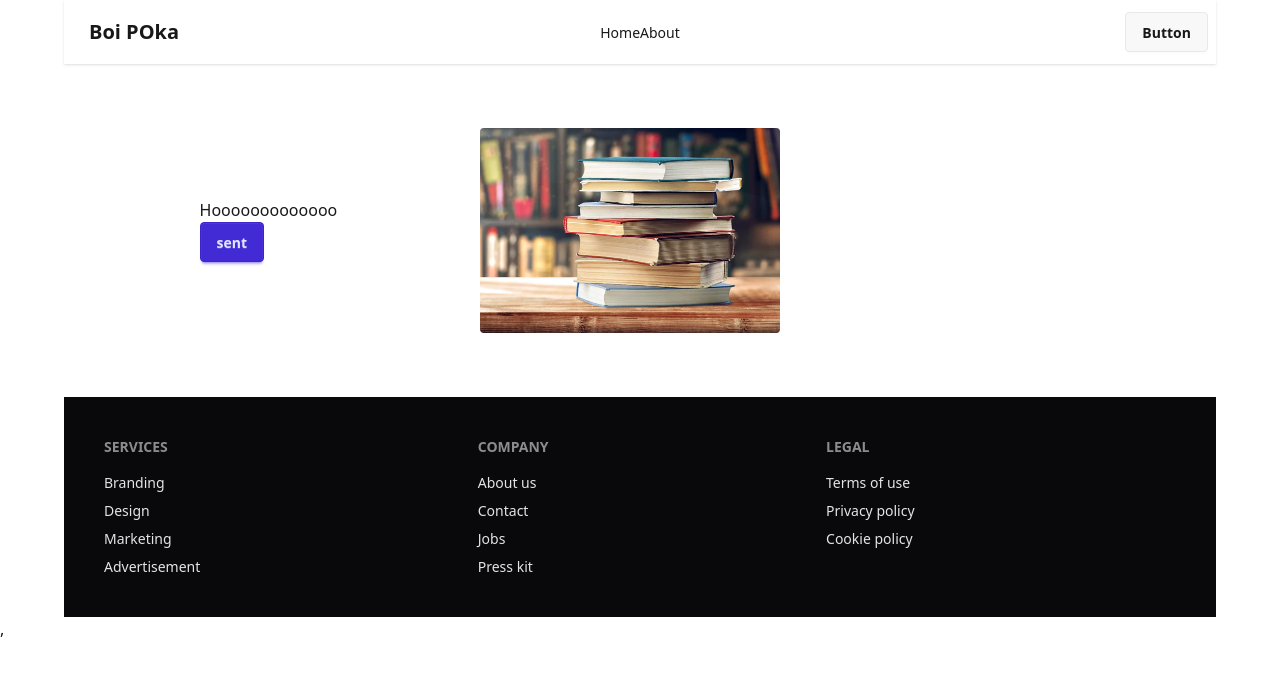
Repository: SanjidaSnigdha/Boipoka-Book-Vibe-Project
Page: /
An editor plug-in stored every save of this project. The page is shown before and after the next save, followed by the edit.
The browser window is 1280 px wide. The pictures show the whole page.
The project was rebuilt for these pictures with package versions that can differ from the ones it lists, and the page was loaded fresh each time. Also part of the build but not shown: vite.config.js, src/App.css, src/App.jsx, src/Pages/Root/ErrorPage/ErrorPage.jsx.

Above is the page before, as saved 2026-05-12 12:06:11.

After the next save:
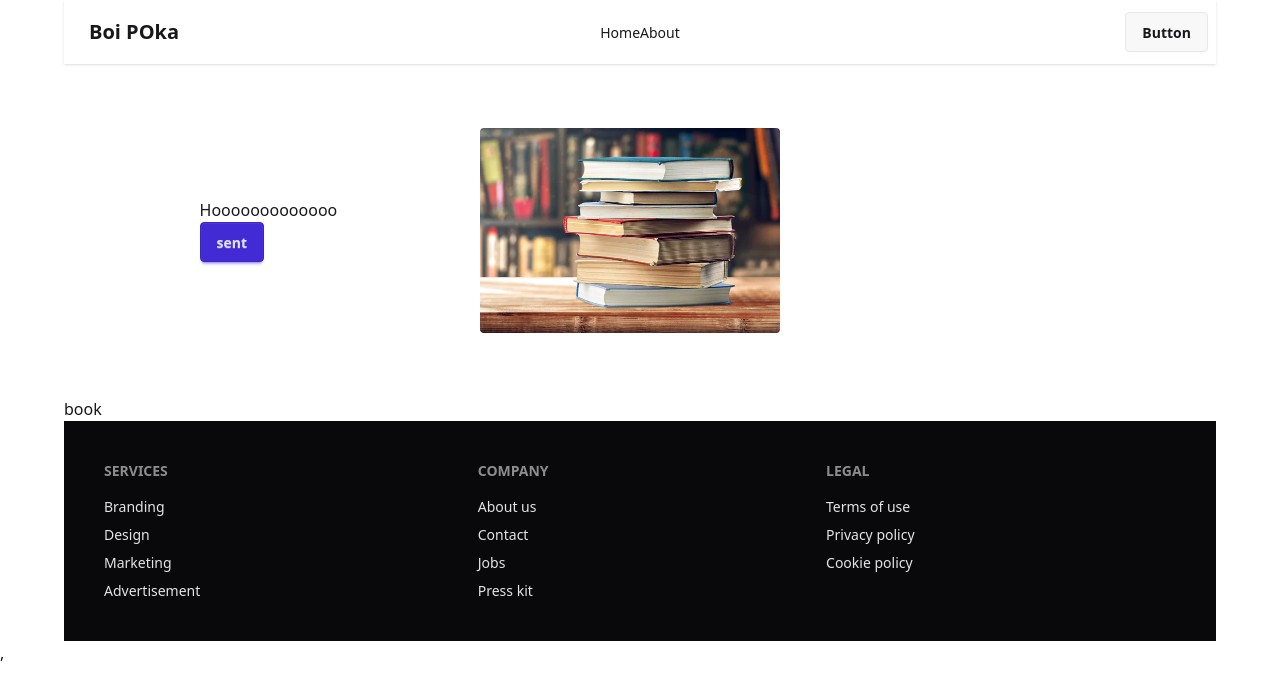
Saved 28 s later.
--- a/src/Pages/Home/Home.jsx
+++ b/src/Pages/Home/Home.jsx
@@ -1,10 +1,12 @@
 import React from 'react';
 import Banner from '../../Components/Banner/Banner';
+import Books from '../Books/Books';
 
 const Home = () => {
     return (
         <div>
             <Banner></Banner>
+            <Books></Books>
         </div>
     );
 };
